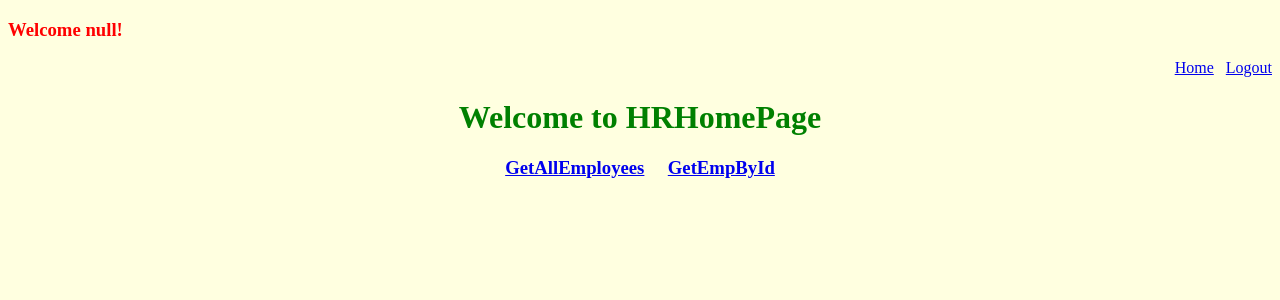
Repository: Konyala-Karthikeya/student_Details
Page: http://localhost/StudentWebApp/TeacHomePage.jsp
These files come from the project's save history. The page is drawn as it stood at one moment and after the next save; the edit follows.
The browser window is 1280 px wide. The pictures show the whole page.
The page is served by Tomcat 9. Other server files are loaded and not shown.

Above is the page before, as saved 2024-01-10 10:15:18.

### Sudent_Project/Workspace/StudentWebApp/WebContent/TeacHomePage.jsp
<%@ page language="java" contentType="text/html; charset=ISO-8859-1"
    pageEncoding="ISO-8859-1"%>
<!DOCTYPE html PUBLIC "-//W3C//DTD HTML 4.01 Transitional//EN" "http://www.w3.org/TR/html4/loose.dtd">
<html>
<head>
<meta http-equiv="Content-Type" content="text/html; charset=ISO-8859-1">
<title>TeacHomePage</title>
</head>
<body bgcolor='lightyellow' text='green'>

		<% String emailId = (String) session.getAttribute("emailId"); %>

		<h3 style='color:red;'>Welcome <%= emailId %>!</h3>

		<form align="right">
			<a href="HRHomePage.jsp">Home</a> &nbsp;
			<a href="Logout">Logout</a>
		</form>

		<center>
		<h1>Welcome to HRHomePage</h1>

		<h3><a href='GetAllEmps'>GetAllEmployees</a> &nbsp; &nbsp;
		<a href='GetEmpById.html'>GetEmpById</a>
		</h3> <br/>

		</center>

</body>
</html>

After the next save:
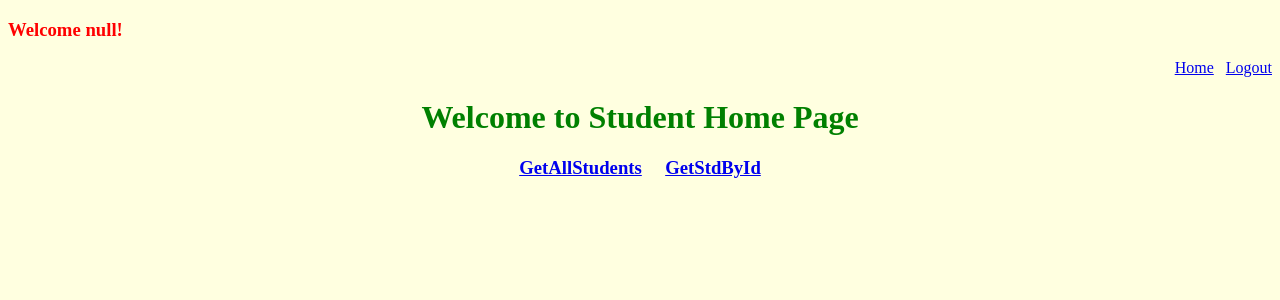
Saved 91 s later.
--- a/Sudent_Project/Workspace/StudentWebApp/WebContent/TeacHomePage.jsp
+++ b/Sudent_Project/Workspace/StudentWebApp/WebContent/TeacHomePage.jsp
@@ -13,15 +13,15 @@
 		<h3 style='color:red;'>Welcome <%= emailId %>!</h3>
 
 		<form align="right">
-			<a href="HRHomePage.jsp">Home</a> &nbsp;
+			<a href="TeacHomePage.jsp">Home</a> &nbsp;
 			<a href="Logout">Logout</a>
 		</form>
 
 		<center>
-		<h1>Welcome to HRHomePage</h1>
+		<h1>Welcome to Student Home Page</h1>
 
-		<h3><a href='GetAllEmps'>GetAllEmployees</a> &nbsp; &nbsp;
-		<a href='GetEmpById.html'>GetEmpById</a>
+		<h3><a href='GetAllStds'>GetAllStudents</a> &nbsp; &nbsp;
+		<a href='GetStdById.html'>GetStdById</a>
 		</h3> <br/>
 
 		</center>
